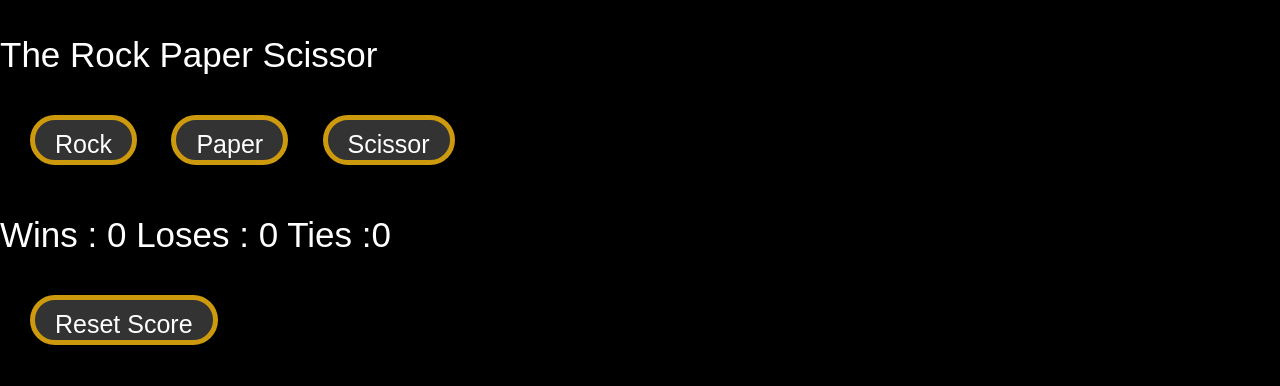
Repository: Drdregboss89/js-practical-projects
Page: index.html
An editor plug-in stored every save of this project. The page is shown before and after the next save, followed by the edit.
The browser window is 1280 px wide. The pictures show the whole page.

Above is the page before, as saved 2023-06-23 08:58:03.
Console error (its wording comes from the project's code and is left out).

After the next save:
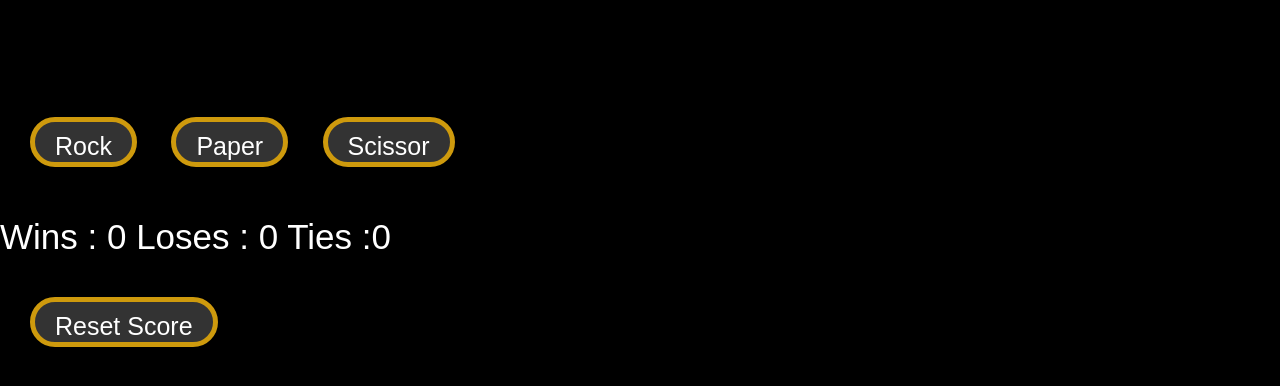
Saved 7 min 18 s later.
--- a/index.html
+++ b/index.html
@@ -10,7 +10,7 @@
     <link rel="stylesheet" type="text/css" href="index.css" />
   </head>
   <body>
-    <p>The Rock Paper Scissor</p>
+    <p><h1>The Rock Paper Scissor</h1></p>
 
       <button onclick="playGame('Rock');">Rock</button>
       <button onclick="playGame('Paper');">Paper</button>
